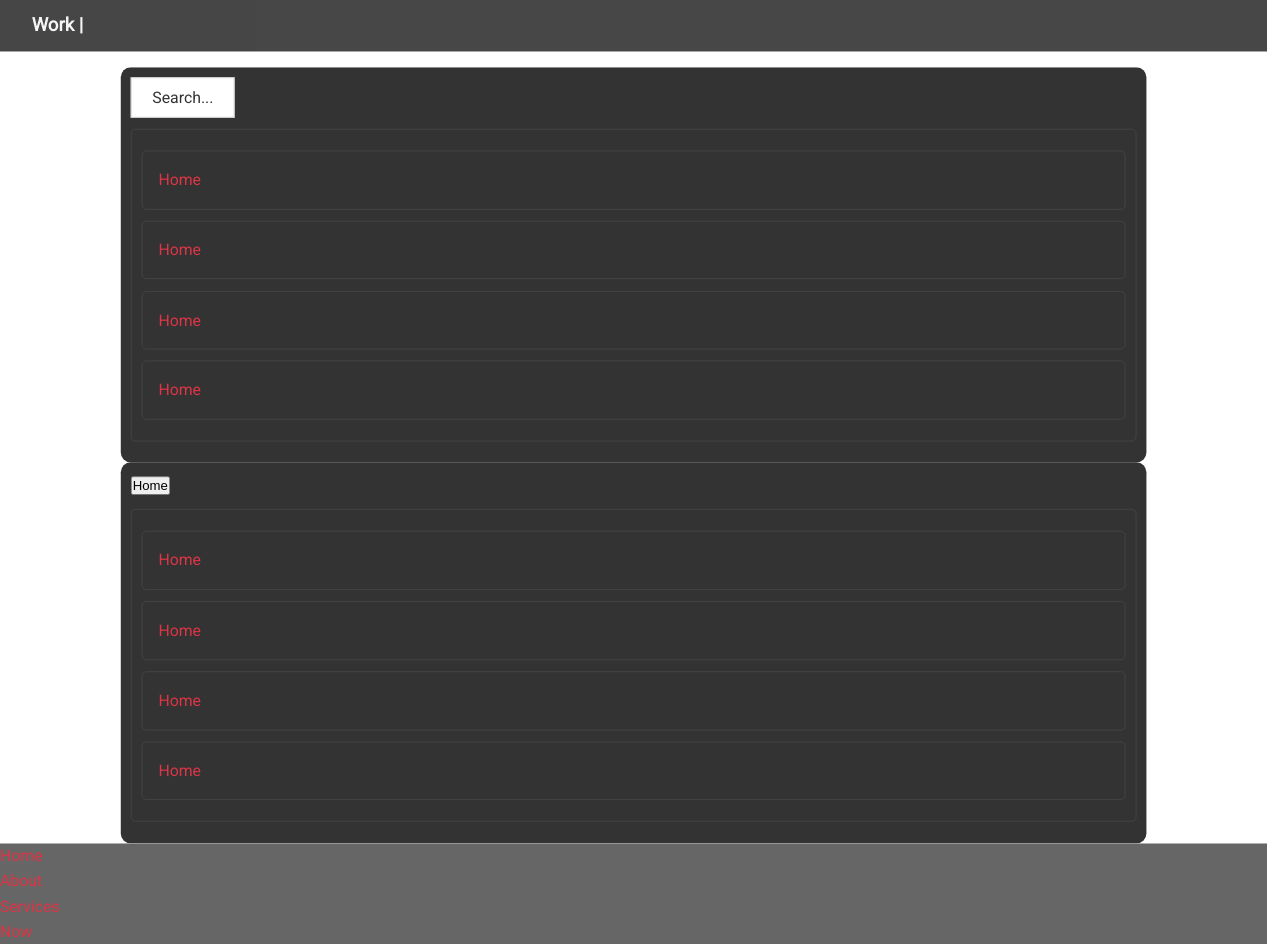
Repository: mxhdiqaim/lenviteck
Page: dist/index.html
These files come from the project's save history. The page is drawn as it stood at one moment and after the next save; the edit follows.
The browser window is 1280 px wide. The pictures show the whole page, at 99% of full size.
Some web libraries are served in a nearby version. The style sheet was rebuilt from its Sass, Less or Tailwind sources for each picture, by a compiler version that may differ from the author's.

Above is the page before, as saved 2021-04-14 05:17:34.

After the next save:
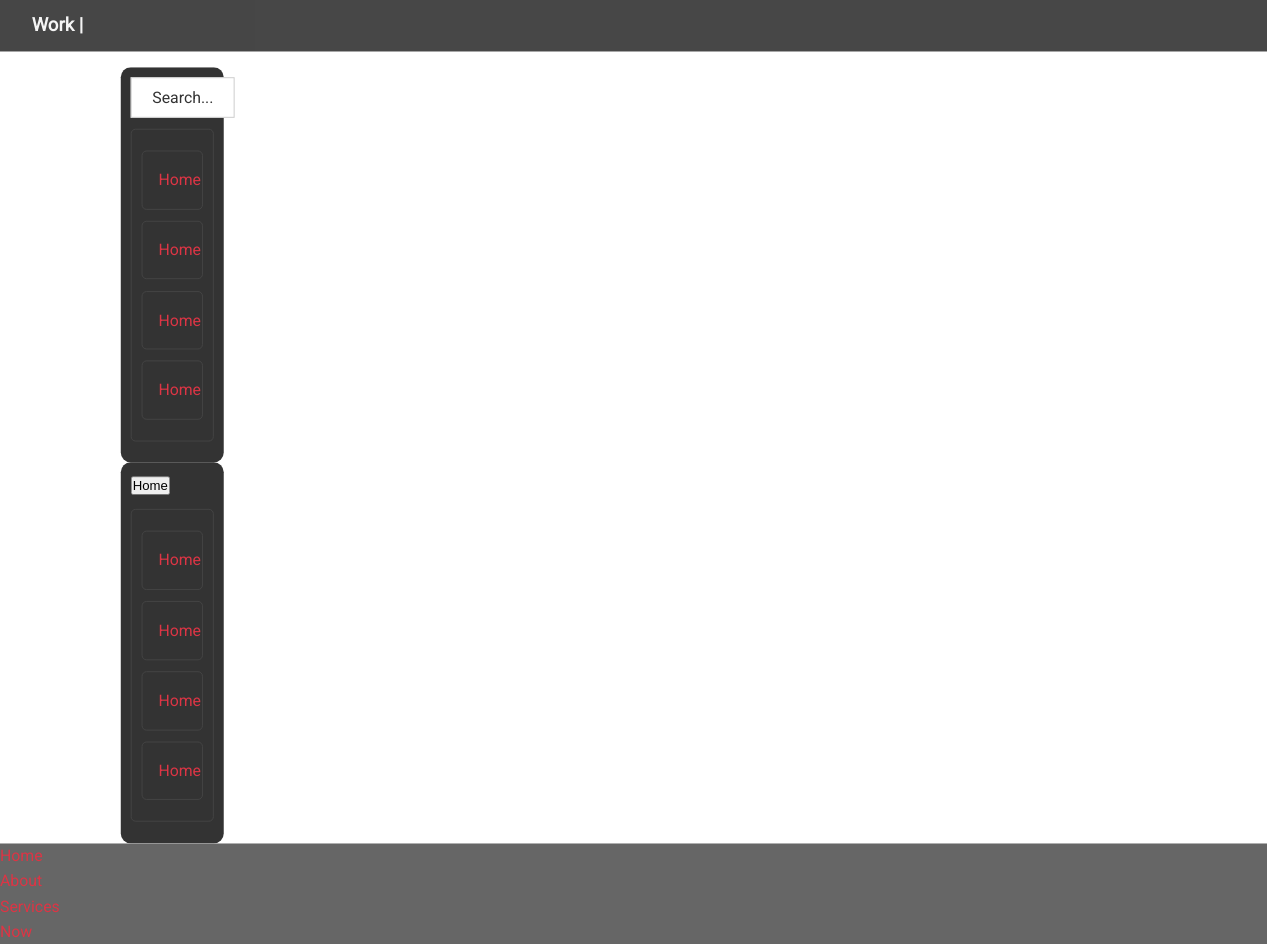
Saved 30 s later.
--- a/dist/styles/main.scss
+++ b/dist/styles/main.scss
@@ -49,7 +49,8 @@
   .works-list {
     padding: 10px;
     background: $dark-color;
-    color: $light-color   ;
+    color: $light-color;
+    width: 10%;
     border-radius: 10px;
 
     ul {

After the save that followed:
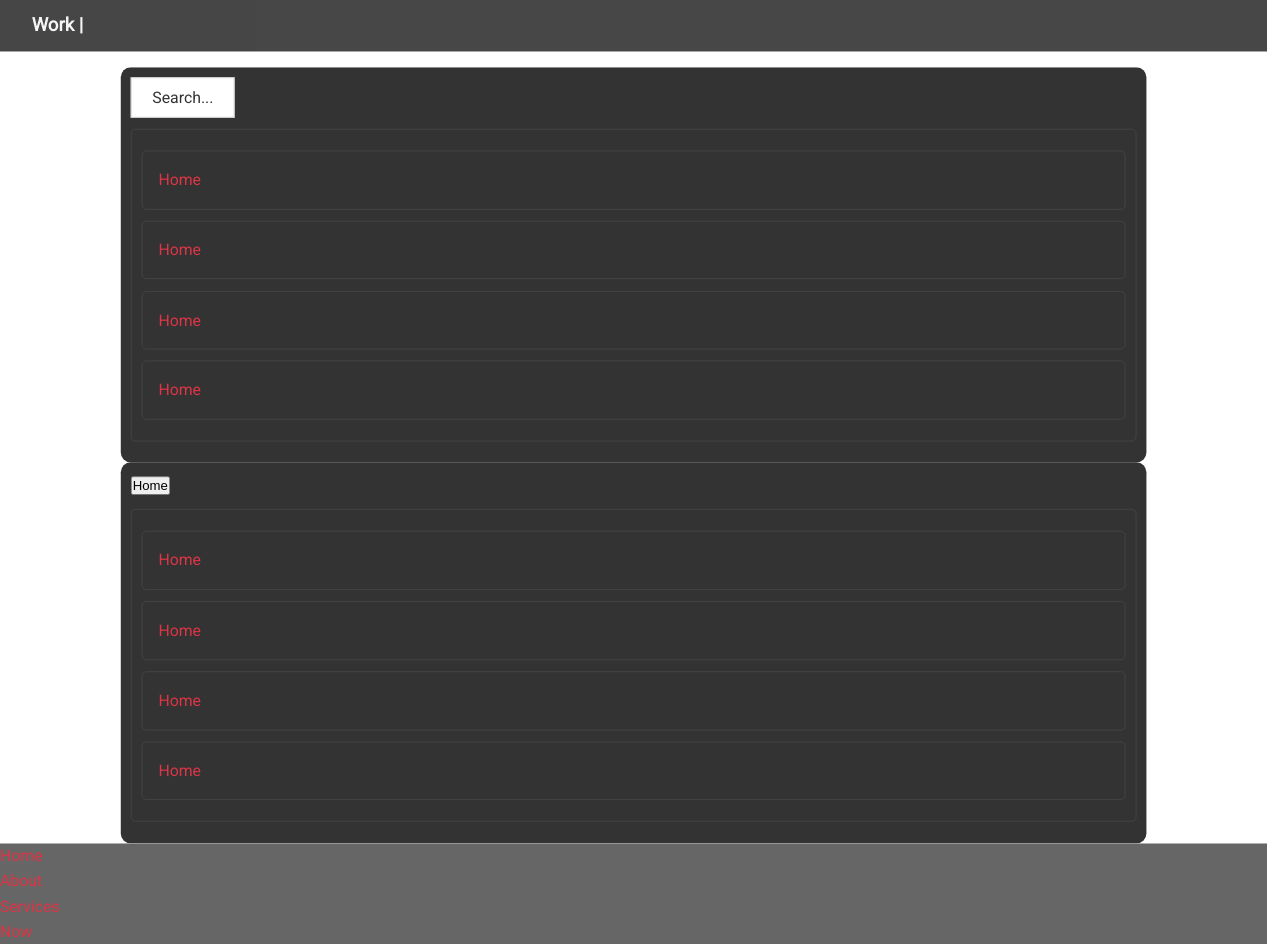
Saved 11 s later.
--- a/dist/styles/main.scss
+++ b/dist/styles/main.scss
@@ -50,7 +50,7 @@
     padding: 10px;
     background: $dark-color;
     color: $light-color;
-    width: 10%;
+    width: 100%;
     border-radius: 10px;
 
     ul {
